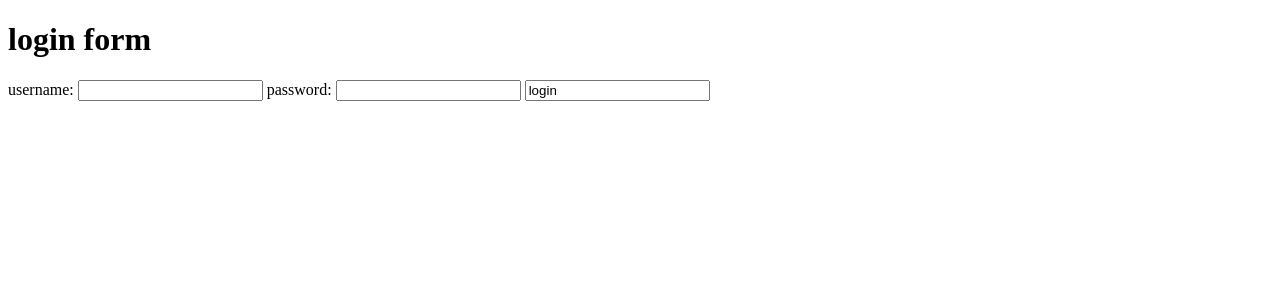
Repository: adit22747/java
Page: http://localhost/jsp-example/login.jsp
These files come from the project's save history. The page is drawn as it stood at one moment and after the next save; the edit follows.
The browser window is 1280 px wide. The pictures show the whole page.
The page is served by Tomcat 9.

Above is the page before, as saved 2021-02-03 04:41:24.

### advance_java/programs/jsp-example/src/main/webapp/login.jsp
<%@ page language="java" contentType="text/html; charset=ISO-8859-1"
	pageEncoding="ISO-8859-1"%>
<!DOCTYPE html>
<html>
<head>
<meta charset="ISO-8859-1">
<title>Insert title here</title>
</head>
<body>
	<h1>login form</h1>
	<form action="authenticate.jsp" method="post">
	username: <input type="text" name="username">
	password: <input type="password" name="password">
	<input type="submit> name="submit" value="login">
	</form>

</body>
</html>

After the next save:
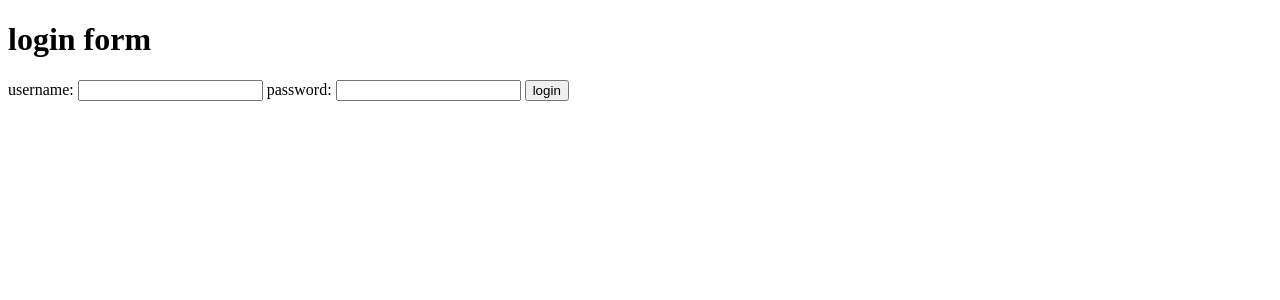
Saved 79 s later.
--- a/advance_java/programs/jsp-example/src/main/webapp/login.jsp
+++ b/advance_java/programs/jsp-example/src/main/webapp/login.jsp
@@ -11,7 +11,7 @@
 	<form action="authenticate.jsp" method="post">
 	username: <input type="text" name="username">
 	password: <input type="password" name="password">
-	<input type="submit> name="submit" value="login">
+	<input type="submit" name="submit" value="login">
 	</form>
 
 </body>
